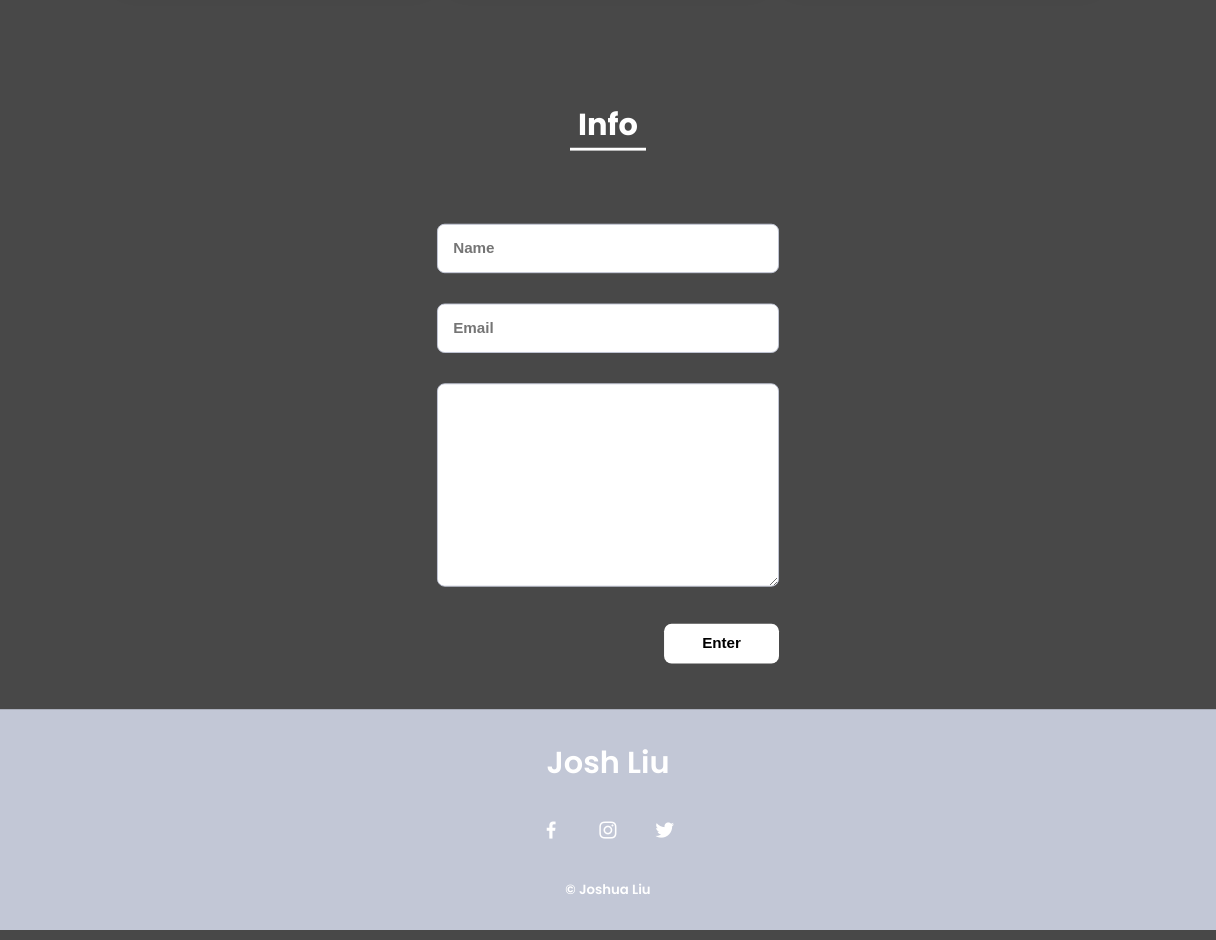
Repository: joshliu14/joshliu14.github.io
Page: index.html
An editor plug-in stored every save of this project. The page is shown before and after the next save, followed by the edit.
The browser window is 1280 px wide. The pictures show the part of the page from y = 2529 to 3553 px (the page is 3518 px tall before and 3553 px after), at 95% of full size.
A picture or video elsewhere on the page could not be fetched, so the positions and the page height are approximate.

Above is the page before, as saved 2024-01-31 23:18:54.

After the next save:
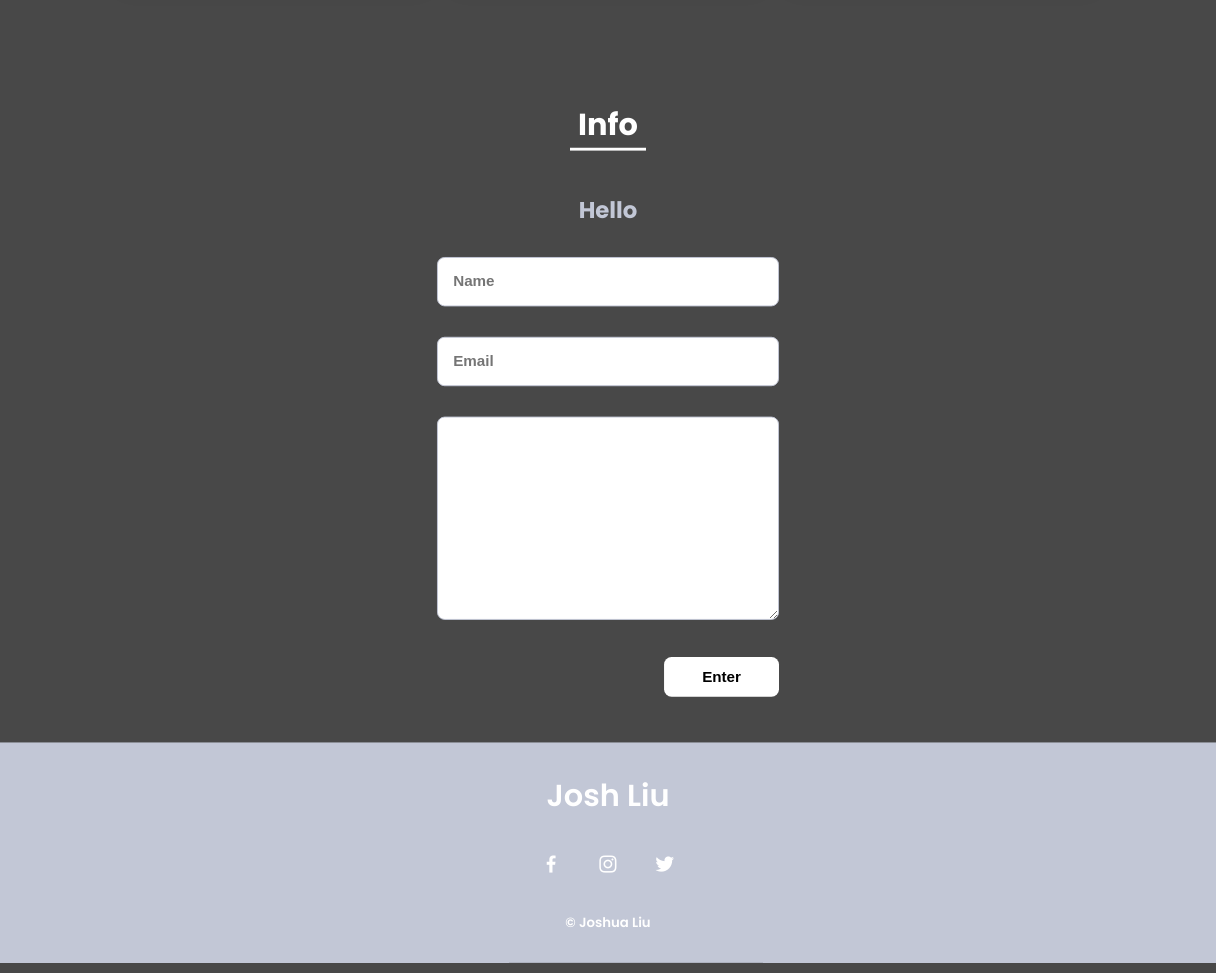
Saved 40 s later.
--- a/index.html
+++ b/index.html
@@ -218,6 +218,7 @@
         <h2 class="section-title">Info</h2>
 
         <div class="contact__container bd-grid">
+          <h1>Hello</h1>
           <form action="" class="contact__form">
             <input type="text" placeholder="Name" class="contact__input" />
             <input type="mail" placeholder="Email" class="contact__input" />

After the save that followed:
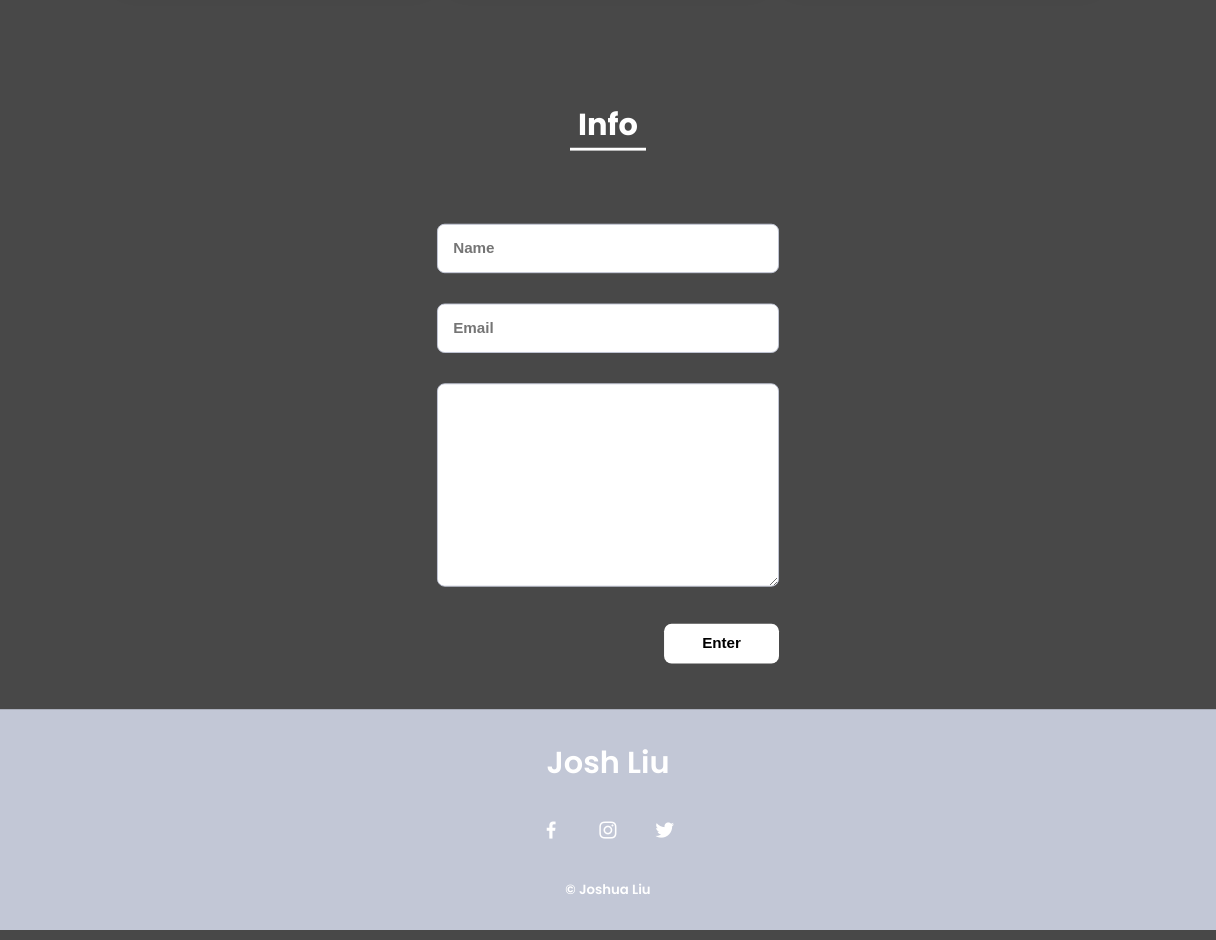
Saved 2 min 9 s later.
--- a/index.html
+++ b/index.html
@@ -216,9 +216,7 @@
       <!--===== CONTACT =====-->
       <section class="contact section" id="contact">
         <h2 class="section-title">Info</h2>
-
         <div class="contact__container bd-grid">
-          <h1>Hello</h1>
           <form action="" class="contact__form">
             <input type="text" placeholder="Name" class="contact__input" />
             <input type="mail" placeholder="Email" class="contact__input" />
